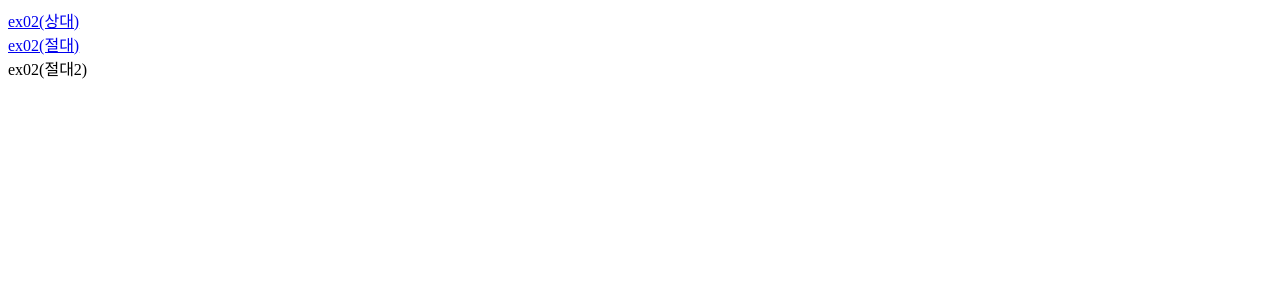
Repository: sun2898/JSP
Page: http://localhost/JSPBasic/path/path_ex01.jsp
These files come from the project's save history. The page is drawn as it stood at one moment and after the next save; the edit follows.
The browser window is 1280 px wide. The pictures show the whole page.
The page is served by Tomcat 9. Nobody is signed in. The application's start-up code is not run. Other server files are loaded and not shown.

Above is the page before, as saved 2023-06-02 07:20:21.

### JSPBasic/src/main/webapp/path/path_ex01.jsp
<%@ page language="java" contentType="text/html; charset=UTF-8"
    pageEncoding="UTF-8"%>
<!DOCTYPE html>
<html>
<head>
<meta charset="UTF-8">
<title>Insert title here</title>
</head>
<body>

<!--
경로
상대경로 = 내위치에서 다른경로를 찾아가는 방법
절대경로 = 전체경로를 적는 방법
-->

<a href="path_ex02.jsp">ex02(상대)</a><br/>
<a href="http://localhost:8181/JSPBasic/path/path_ex02.jsp">ex02(절대)</a><br/>
<a hret="/JSPBasic/path/path_ex02.jsp">ex02(절대2)</a>







</body>
</html>

After the next save:
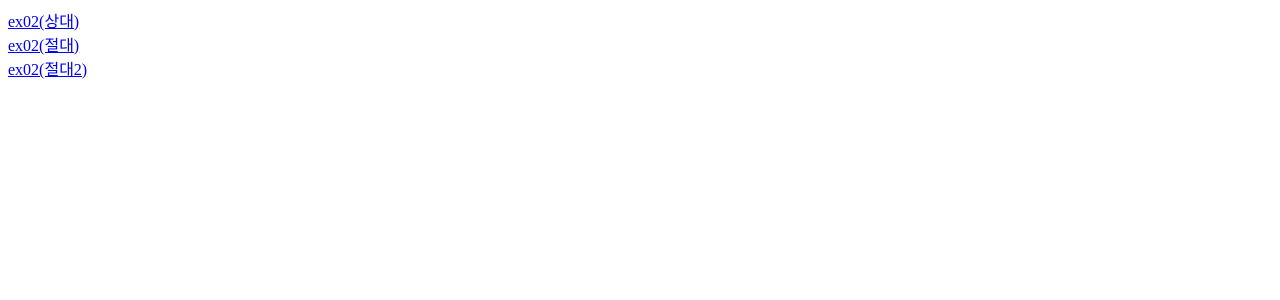
Saved 24 s later.
--- a/JSPBasic/src/main/webapp/path/path_ex01.jsp
+++ b/JSPBasic/src/main/webapp/path/path_ex01.jsp
@@ -16,7 +16,7 @@
 
 <a href="path_ex02.jsp">ex02(상대)</a><br/>
 <a href="http://localhost:8181/JSPBasic/path/path_ex02.jsp">ex02(절대)</a><br/>
-<a hret="/JSPBasic/path/path_ex02.jsp">ex02(절대2)</a>
+<a href="/JSPBasic/path/path_ex02.jsp">ex02(절대2)</a>
 
 
 
